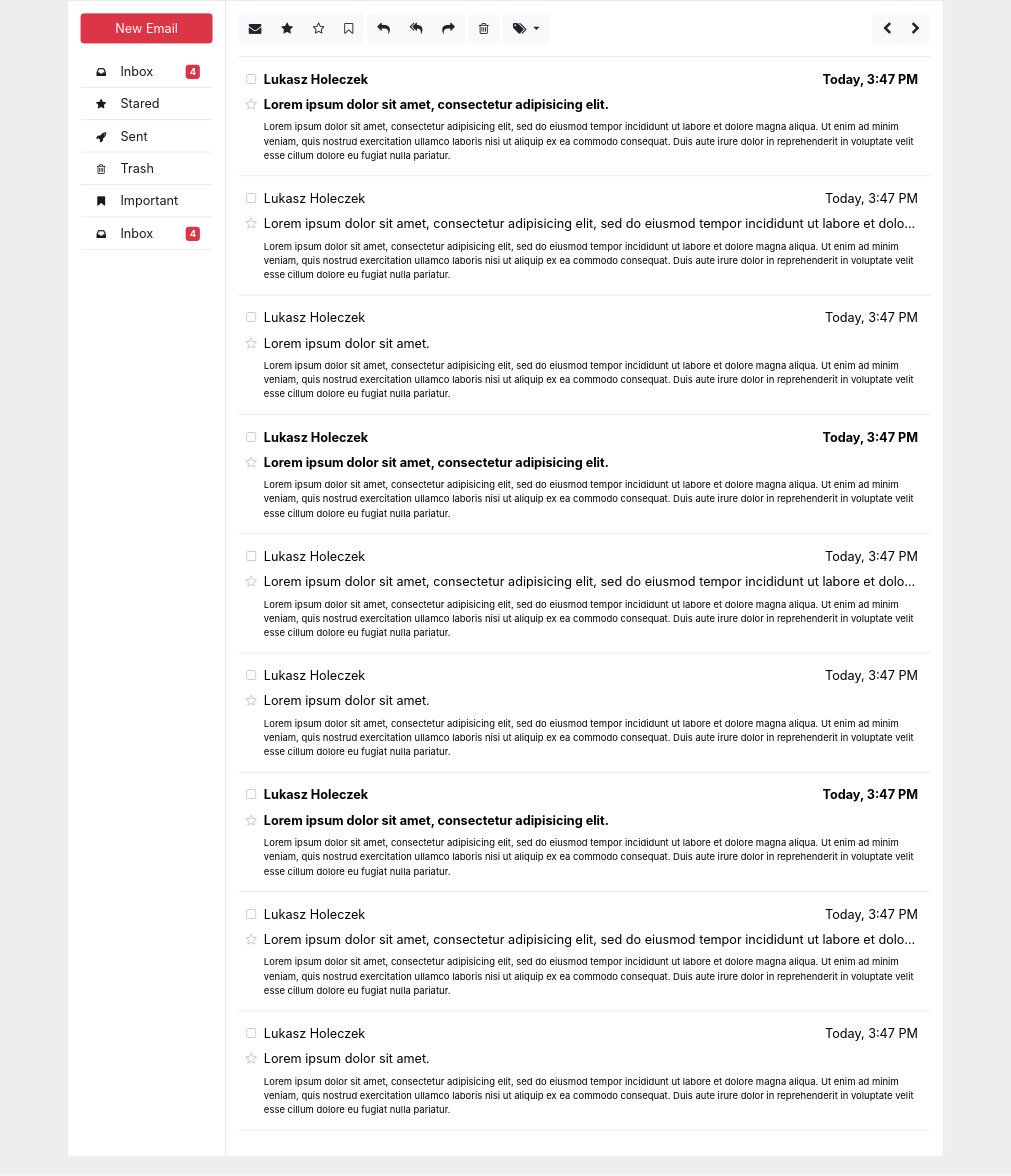
Repository: lastbronx41/bootstrap_mail
Page: inbox.html
The author's editor kept a copy of each file at every save. The page is drawn from the files as they stood at one save, then again after the next save.
The browser window is 1280 px wide. The pictures show the whole page, at 79% of full size.
Some icons come from a web library that is not loaded, so they are not drawn. Some web libraries are served in a nearby version.

Above is the page before, as saved 2022-11-19 20:50:47.

### inbox.html
<!DOCTYPE html>
<html>
	<head>
		<link
			rel="stylesheet"
			href="https://stackpath.bootstrapcdn.com/bootstrap/4.5.0/css/bootstrap.min.css"
		/>
		<link
			href="https://maxcdn.bootstrapcdn.com/font-awesome/4.3.0/css/font-awesome.min.css"
			rel="stylesheet"
		/>
		<link href="./stylesheet.css" rel="stylesheet" />
		<title>Inbox</title>
	</head>
	<body>
		<div class="container bootdey">
			<div class="email-app mb-4">
				<nav>
					<a href="page-inbox-compose.html" class="btn btn-danger btn-block"
						>New Email</a
					>
					<ul class="nav">
						<li class="nav-item">
							<a class="nav-link" href="#"
								><i class="fa fa-inbox"></i> Inbox
								<span class="badge badge-danger">4</span></a
							>
						</li>
						<li class="nav-item">
							<a class="nav-link" href="#"><i class="fa fa-star"></i> Stared</a>
						</li>
						<li class="nav-item">
							<a class="nav-link" href="#"><i class="fa fa-rocket"></i> Sent</a>
						</li>
						<li class="nav-item">
							<a class="nav-link" href="#"
								><i class="fa fa-trash-o"></i> Trash</a
							>
						</li>
						<li class="nav-item">
							<a class="nav-link" href="#"
								><i class="fa fa-bookmark"></i> Important</a
							>
						</li>
						<li class="nav-item">
							<a class="nav-link" href="#"
								><i class="fa fa-inbox"></i> Inbox
								<span class="badge badge-danger">4</span></a
							>
						</li>
					</ul>
				</nav>
				<main class="inbox">
					<div class="toolbar">
						<div class="btn-group">
							<button type="button" class="btn btn-light">
								<span class="fa fa-envelope"></span>
							</button>
							<button type="button" class="btn btn-light">
								<span class="fa fa-star"></span>
							</button>
							<button type="button" class="btn btn-light">
								<span class="fa fa-star-o"></span>
							</button>
							<button type="button" class="btn btn-light">
								<span class="fa fa-bookmark-o"></span>
							</button>
						</div>
						<div class="btn-group">
							<button type="button" class="btn btn-light">
								<span class="fa fa-mail-reply"></span>
							</button>
							<button type="button" class="btn btn-light">
								<span class="fa fa-mail-reply-all"></span>
							</button>
							<button type="button" class="btn btn-light">
								<span class="fa fa-mail-forward"></span>
							</button>
						</div>
						<button type="button" class="btn btn-light">
							<span class="fa fa-trash-o"></span>
						</button>
						<div class="btn-group">
							<button
								type="button"
								class="btn btn-light dropdown-toggle"
								data-toggle="dropdown"
							>
								<span class="fa fa-tags"></span>
								<span class="caret"></span>
							</button>
							<div class="dropdown-menu">
								<a class="dropdown-item" href="#"
									>add label <span class="badge badge-danger"> Home</span></a
								>
								<a class="dropdown-item" href="#"
									>add label <span class="badge badge-info"> Job</span></a
								>
								<a class="dropdown-item" href="#"
									>add label
									<span class="badge badge-success"> Clients</span></a
								>
								<a class="dropdown-item" href="#"
									>add label <span class="badge badge-warning"> News</span></a
								>
							</div>
						</div>
						<div class="btn-group float-right">
							<button type="button" class="btn btn-light">
								<span class="fa fa-chevron-left"></span>
							</button>
							<button type="button" class="btn btn-light">
								<span class="fa fa-chevron-right"></span>
							</button>
						</div>
					</div>

					<ul class="messages">
						<li class="message unread">
							<a href="#">
								<div class="actions">
									<span class="action"><i class="fa fa-square-o"></i></span>
									<span class="action"><i class="fa fa-star-o"></i></span>
								</div>
								<div class="header">
									<span class="from">Lukasz Holeczek</span>
									<span class="date">
										<span class="fa fa-paper-clip"></span> Today, 3:47 PM</span
									>
								</div>
								<div class="title">
									Lorem ipsum dolor sit amet, consectetur adipisicing elit.
								</div>
								<div class="description">
									Lorem ipsum dolor sit amet, consectetur adipisicing elit, sed
									do eiusmod tempor incididunt ut labore et dolore magna aliqua.
									Ut enim ad minim veniam, quis nostrud exercitation ullamco
									laboris nisi ut aliquip ex ea commodo consequat. Duis aute
									irure dolor in reprehenderit in voluptate velit esse cillum
									dolore eu fugiat nulla pariatur.
								</div>
							</a>
						</li>
						<li class="message">
							<a href="#">
								<div class="actions">
									<span class="action"><i class="fa fa-square-o"></i></span>
									<span class="action"><i class="fa fa-star-o"></i></span>
								</div>
								<div class="header">
									<span class="from">Lukasz Holeczek</span>
									<span class="date">
										<span class="fa fa-paper-clip"></span> Today, 3:47 PM</span
									>
								</div>
								<div class="title">
									Lorem ipsum dolor sit amet, consectetur adipisicing elit, sed
									do eiusmod tempor incididunt ut labore et dolore magna aliqua.
								</div>
								<div class="description">
									Lorem ipsum dolor sit amet, consectetur adipisicing elit, sed
									do eiusmod tempor incididunt ut labore et dolore magna aliqua.
									Ut enim ad minim veniam, quis nostrud exercitation ullamco
									laboris nisi ut aliquip ex ea commodo consequat. Duis aute
									irure dolor in reprehenderit in voluptate velit esse cillum
									dolore eu fugiat nulla pariatur.
								</div>
							</a>
						</li>
						<li class="message">
							<a href="#">
								<div class="actions">
									<span class="action"><i class="fa fa-square-o"></i></span>
									<span class="action"><i class="fa fa-star-o"></i></span>
								</div>
								<div class="header">
									<span class="from">Lukasz Holeczek</span>
									<span class="date">Today, 3:47 PM</span>
								</div>
								<div class="title">Lorem ipsum dolor sit amet.</div>
								<div class="description">
									Lorem ipsum dolor sit amet, consectetur adipisicing elit, sed
									do eiusmod tempor incididunt ut labore et dolore magna aliqua.
									Ut enim ad minim veniam, quis nostrud exercitation ullamco
									laboris nisi ut aliquip ex ea commodo consequat. Duis aute
									irure dolor in reprehenderit in voluptate velit esse cillum
									dolore eu fugiat nulla pariatur.
								</div>
							</a>
						</li>
						<li class="message unread">
							<a href="#">
								<div class="actions">
									<span class="action"><i class="fa fa-square-o"></i></span>
									<span class="action"><i class="fa fa-star-o"></i></span>
								</div>
								<div class="header">
									<span class="from">Lukasz Holeczek</span>
									<span class="date">Today, 3:47 PM</span>
								</div>
								<div class="title">
									Lorem ipsum dolor sit amet, consectetur adipisicing elit.
								</div>
								<div class="description">
									Lorem ipsum dolor sit amet, consectetur adipisicing elit, sed
									do eiusmod tempor incididunt ut labore et dolore magna aliqua.
									Ut enim ad minim veniam, quis nostrud exercitation ullamco
									laboris nisi ut aliquip ex ea commodo consequat. Duis aute
									irure dolor in reprehenderit in voluptate velit esse cillum
									dolore eu fugiat nulla pariatur.
								</div>
							</a>
						</li>
						<li class="message">
							<a href="#">
								<div class="actions">
									<span class="action"><i class="fa fa-square-o"></i></span>
									<span class="action"><i class="fa fa-star-o"></i></span>
								</div>
								<div class="header">
									<span class="from">Lukasz Holeczek</span>
									<span class="date">Today, 3:47 PM</span>
								</div>
								<div class="title">
									Lorem ipsum dolor sit amet, consectetur adipisicing elit, sed
									do eiusmod tempor incididunt ut labore et dolore magna aliqua.
								</div>
								<div class="description">
									Lorem ipsum dolor sit amet, consectetur adipisicing elit, sed
									do eiusmod tempor incididunt ut labore et dolore magna aliqua.
									Ut enim ad minim veniam, quis nostrud exercitation ullamco
									laboris nisi ut aliquip ex ea commodo consequat. Duis aute
									irure dolor in reprehenderit in voluptate velit esse cillum
									dolore eu fugiat nulla pariatur.
								</div>
							</a>
						</li>
						<li class="message">
							<a href="#">
								<div class="actions">
									<span class="action"><i class="fa fa-square-o"></i></span>
									<span class="action"><i class="fa fa-star-o"></i></span>
								</div>
								<div class="header">
									<span class="from">Lukasz Holeczek</span>
									<span class="date">Today, 3:47 PM</span>
								</div>
								<div class="title">Lorem ipsum dolor sit amet.</div>
								<div class="description">
									Lorem ipsum dolor sit amet, consectetur adipisicing elit, sed
									do eiusmod tempor incididunt ut labore et dolore magna aliqua.
									Ut enim ad minim veniam, quis nostrud exercitation ullamco
									laboris nisi ut aliquip ex ea commodo consequat. Duis aute
									irure dolor in reprehenderit in voluptate velit esse cillum
									dolore eu fugiat nulla pariatur.
								</div>
							</a>
						</li>
						<li class="message unread">
							<a href="#">
								<div class="actions">
									<span class="action"><i class="fa fa-square-o"></i></span>
									<span class="action"><i class="fa fa-star-o"></i></span>
								</div>
								<div class="header">
									<span class="from">Lukasz Holeczek</span>
									<span class="date">Today, 3:47 PM</span>
								</div>
								<div class="title">
									Lorem ipsum dolor sit amet, consectetur adipisicing elit.
								</div>
								<div class="description">
									Lorem ipsum dolor sit amet, consectetur adipisicing elit, sed
									do eiusmod tempor incididunt ut labore et dolore magna aliqua.
									Ut enim ad minim veniam, quis nostrud exercitation ullamco
									laboris nisi ut aliquip ex ea commodo consequat. Duis aute
									irure dolor in reprehenderit in voluptate velit esse cillum
									dolore eu fugiat nulla pariatur.
								</div>
							</a>
						</li>
						<li class="message">
							<a href="#">
								<div class="actions">
									<span class="action"><i class="fa fa-square-o"></i></span>
									<span class="action"><i class="fa fa-star-o"></i></span>
								</div>
								<div class="header">
									<span class="from">Lukasz Holeczek</span>
									<span class="date">Today, 3:47 PM</span>
								</div>
								<div class="title">
									Lorem ipsum dolor sit amet, consectetur adipisicing elit, sed
									do eiusmod tempor incididunt ut labore et dolore magna aliqua.
								</div>
								<div class="description">
									Lorem ipsum dolor sit amet, consectetur adipisicing elit, sed
									do eiusmod tempor incididunt ut labore et dolore magna aliqua.
									Ut enim ad minim veniam, quis nostrud exercitation ullamco
									laboris nisi ut aliquip ex ea commodo consequat. Duis aute
									irure dolor in reprehenderit in voluptate velit esse cillum
									dolore eu fugiat nulla pariatur.
								</div>
							</a>
						</li>
						<li class="message">
							<a href="#">
								<div class="actions">
									<span class="action"><i class="fa fa-square-o"></i></span>
									<span class="action"><i class="fa fa-star-o"></i></span>
								</div>
								<div class="header">
									<span class="from">Lukasz Holeczek</span>
									<span class="date">Today, 3:47 PM</span>
								</div>
								<div class="title">Lorem ipsum dolor sit amet.</div>
								<div class="description">
									Lorem ipsum dolor sit amet, consectetur adipisicing elit, sed
									do eiusmod tempor incididunt ut labore et dolore magna aliqua.
									Ut enim ad minim veniam, quis nostrud exercitation ullamco
									laboris nisi ut aliquip ex ea commodo consequat. Duis aute
									irure dolor in reprehenderit in voluptate velit esse cillum
									dolore eu fugiat nulla pariatur.
								</div>
							</a>
						</li>
					</ul>
				</main>
			</div>
		</div>
	</body>
</html>

### stylesheet.css
body {
   background: #eee
}

.email-app {
   display: flex;
   flex-direction: row;
   background: #fff;
   border: 1px solid #e1e6ef;
}

.email-app nav {
   flex: 0 0 200px;
   padding: 1rem;
   border-right: 1px solid #e1e6ef;
}

.email-app nav .btn-block {
   margin-bottom: 15px;
}

.email-app nav .nav {
   flex-direction: column;
}

.email-app nav .nav .nav-item {
   position: relative;
}

.email-app nav .nav .nav-item .nav-link,
.email-app nav .nav .nav-item .navbar .dropdown-toggle,
.navbar .email-app nav .nav .nav-item .dropdown-toggle {
   color: #151b1e;
   border-bottom: 1px solid #e1e6ef;
}

.email-app nav .nav .nav-item .nav-link i,
.email-app nav .nav .nav-item .navbar .dropdown-toggle i,
.navbar .email-app nav .nav .nav-item .dropdown-toggle i {
   width: 20px;
   margin: 0 10px 0 0;
   font-size: 14px;
   text-align: center;
}

.email-app nav .nav .nav-item .nav-link .badge,
.email-app nav .nav .nav-item .navbar .dropdown-toggle .badge,
.navbar .email-app nav .nav .nav-item .dropdown-toggle .badge {
   float: right;
   margin-top: 4px;
   margin-left: 10px;
}

.email-app main {
   min-width: 0;
   flex: 1;
   padding: 1rem;
}

.email-app .inbox .toolbar {
   padding-bottom: 1rem;
   border-bottom: 1px solid #e1e6ef;
}

.email-app .inbox .messages {
   padding: 0;
   list-style: none;
}

.email-app .inbox .message {
   position: relative;
   padding: 1rem 1rem 1rem 2rem;
   cursor: pointer;
   border-bottom: 1px solid #e1e6ef;
}

.email-app .inbox .message:hover {
   background: #f9f9fa;
}

.email-app .inbox .message .actions {
   position: absolute;
   left: 0;
   display: flex;
   flex-direction: column;
}

.email-app .inbox .message .actions .action {
   width: 2rem;
   margin-bottom: 0.5rem;
   color: #c0cadd;
   text-align: center;
}

.email-app .inbox .message a {
   color: #000;
}

.email-app .inbox .message a:hover {
   text-decoration: none;
}

.email-app .inbox .message.unread .header,
.email-app .inbox .message.unread .title {
   font-weight: bold;
}

.email-app .inbox .message .header {
   display: flex;
   flex-direction: row;
   margin-bottom: 0.5rem;
}

.email-app .inbox .message .header .date {
   margin-left: auto;
}

.email-app .inbox .message .title {
   margin-bottom: 0.5rem;
   overflow: hidden;
   text-overflow: ellipsis;
   white-space: nowrap;
}

.email-app .inbox .message .description {
   font-size: 12px;
}

.email-app .message .toolbar {
   padding-bottom: 1rem;
   border-bottom: 1px solid #e1e6ef;
}

.email-app .message .details .title {
   padding: 1rem 0;
   font-weight: bold;
}

.email-app .message .details .header {
   display: flex;
   padding: 1rem 0;
   margin: 1rem 0;
   border-top: 1px solid #e1e6ef;
   border-bottom: 1px solid #e1e6ef;
}

.email-app .message .details .header .avatar {
   width: 40px;
   height: 40px;
   margin-right: 1rem;
}

.email-app .message .details .header .from {
   font-size: 12px;
   color: #9faecb;
   align-self: center;
}

.email-app .message .details .header .from span {
   display: block;
   font-weight: bold;
}

.email-app .message .details .header .date {
   margin-left: auto;
}

.email-app .message .details .attachments {
   padding: 1rem 0;
   margin-bottom: 1rem;
   border-top: 3px solid #f9f9fa;
   border-bottom: 3px solid #f9f9fa;
}

.email-app .message .details .attachments .attachment {
   display: flex;
   margin: 0.5rem 0;
   font-size: 12px;
   align-self: center;
}

.email-app .message .details .attachments .attachment .badge {
   margin: 0 0.5rem;
   line-height: inherit;
}

.email-app .message .details .attachments .attachment .menu {
   margin-left: auto;
}

.email-app .message .details .attachments .attachment .menu a {
   padding: 0 0.5rem;
   font-size: 14px;
   color: #e1e6ef;
}

@media (max-width: 767px) {
   .email-app {
      flex-direction: column;
   }

   .email-app nav {
      flex: 0 0 100%;
   }
}

@media (max-width: 575px) {
   .email-app .message .header {
      flex-flow: row wrap;
   }

   .email-app .message .header .date {
      flex: 0 0 100%;
   }
}

After the next save:
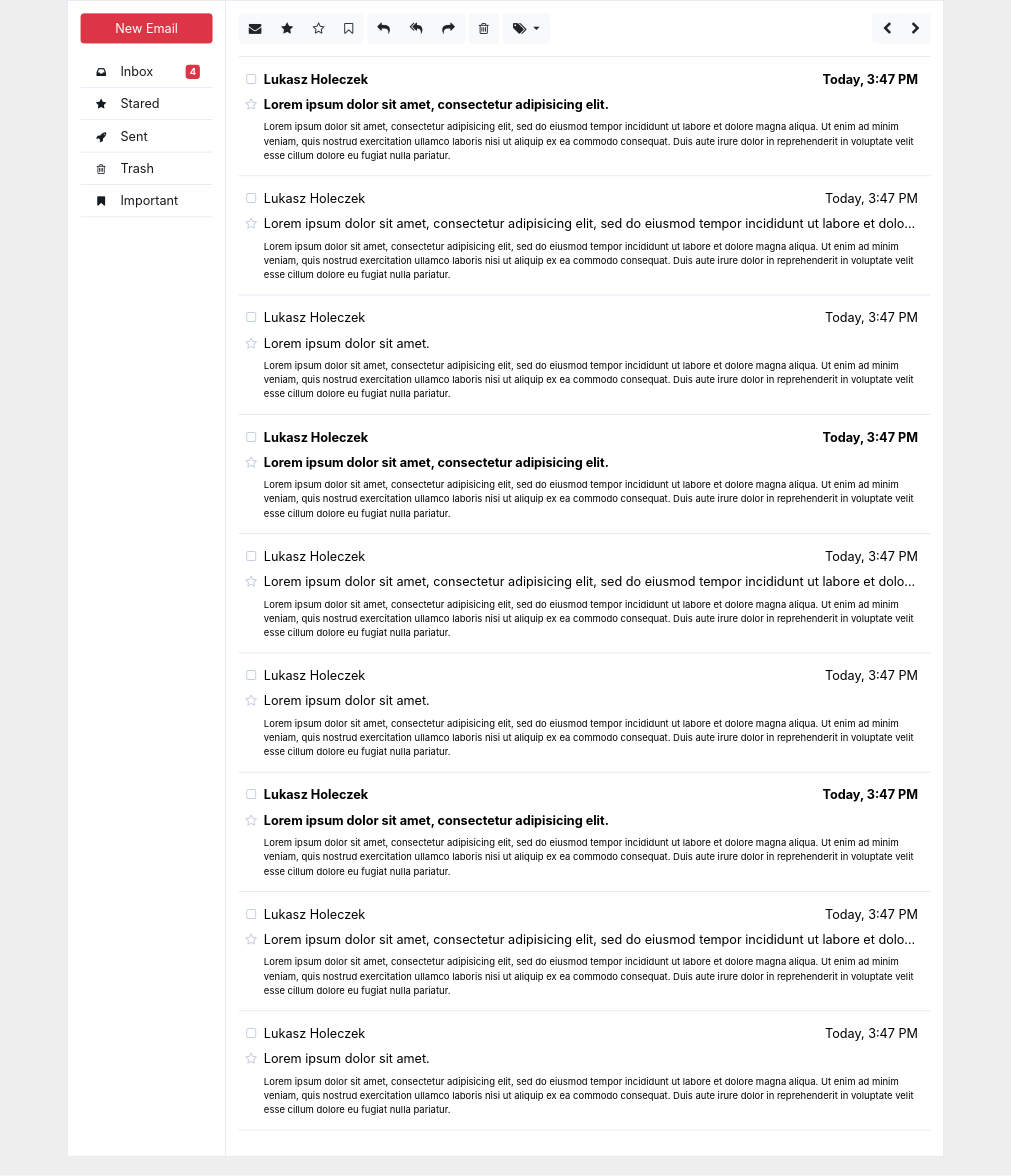
Saved 27 min 34 s later.
--- a/inbox.html
+++ b/inbox.html
@@ -42,12 +42,6 @@
 								><i class="fa fa-bookmark"></i> Important</a
 							>
 						</li>
-						<li class="nav-item">
-							<a class="nav-link" href="#"
-								><i class="fa fa-inbox"></i> Inbox
-								<span class="badge badge-danger">4</span></a
-							>
-						</li>
 					</ul>
 				</nav>
 				<main class="inbox">
